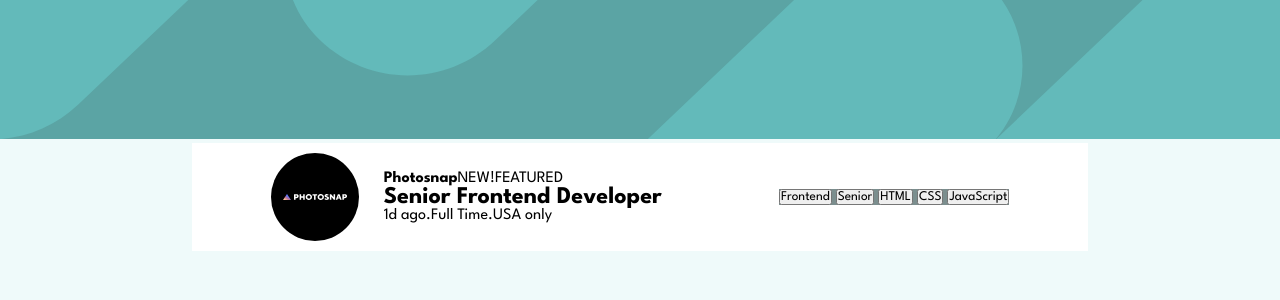
Repository: Eldream12/JobListing
Page: index.html
These files come from the project's save history. The page is drawn as it stood at one moment and after a run of saves; the edit follows.
The browser window is 1280 px wide. The pictures show the whole page.

Above is the page before, as saved 2025-03-31 11:18:58.

### index.html
<!DOCTYPE html>
<html lang="en">
	<head>
		<meta charset="UTF-8" />
		<meta name="viewport" content="width=device-width, initial-scale=1.0" />
		<title>Job Listing</title>
		<link rel="stylesheet" href="style/style.css" />
	</head>

	<body>
		<header>
			<div>
				<img src="Images/bg-header-desktop.svg" alt="NavHeader" />
			</div>
		</header>

		<main>
			<div class="content-carrier">
				<div class="content">
					<div class="ctn">
						<img src="Images/photosnap.svg" alt="photosnap" />
						<div class="content-text">
							<div class="txt-1">
								<h4>Photosnap</h4>
								<p>NEW!</p>
								<p>FEATURED</p>
							</div>
							<div class="txt-2">
								<h2>Senior Frontend Developer</h2>
							</div>
							<div class="txt-3">
								<p>1d ago</p>
								<p>.</p>
								<p>Full Time</p>
								<p>.</p>
								<p>USA only</p>
							</div>
						</div>
					</div>

					<div class="btn">
						<button>Frontend</button>
						<button>Senior</button>
						<button>HTML</button>
						<button>CSS</button>
						<button>JavaScript</button>
					</div>
				</div>
			</div>
		</main>
		<footer></footer>
	</body>
</html>

### style/style.css
@import url("https://fonts.googleapis.com/css2?family=League+Spartan:wght@100..900&display=swap");

* {
	font-family: League Spartan;
	margin: 0;
	padding: 0;
	box-sizing: border-box;
}

html body {
	background-color: hsl(180, 52%, 96%);
}

header img {
	width: 100%;
	background-color: hsl(180, 29%, 50%);
}

.content-carrier .content {
	display: flex;
	background-color: #ffffff;
	align-items: center;
	justify-content: space-around;
	max-width: 70%;
	margin: auto;
  padding: 10px 20px 10px 20px;
}

.content-carrier .content .txt-1 {
	display: flex;
}

.content-carrier .content .txt-3 {
	display: flex;
}

.content-carrier .content .ctn {
	display: flex;
	align-items: center;
}

.content .ctn img {
  margin-right: 25px;
}

.content .btn {
  background-color: hsl(180, 8%, 52%);
}

After the next 2 saves:
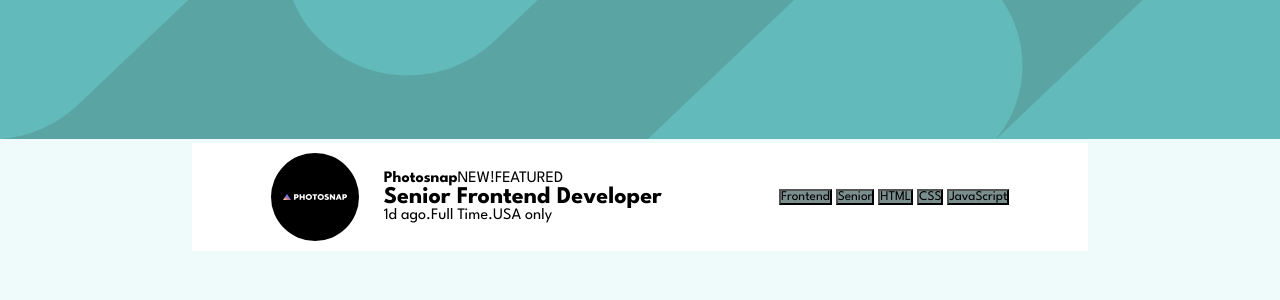
The 2 saves are shown as one change because they came seconds apart.
The last was saved 22 s later.
--- a/style/style.css
+++ b/style/style.css
@@ -43,6 +43,6 @@ header img {
   margin-right: 25px;
 }
 
-.content .btn {
+.content .btn button {
   background-color: hsl(180, 8%, 52%);
 }
